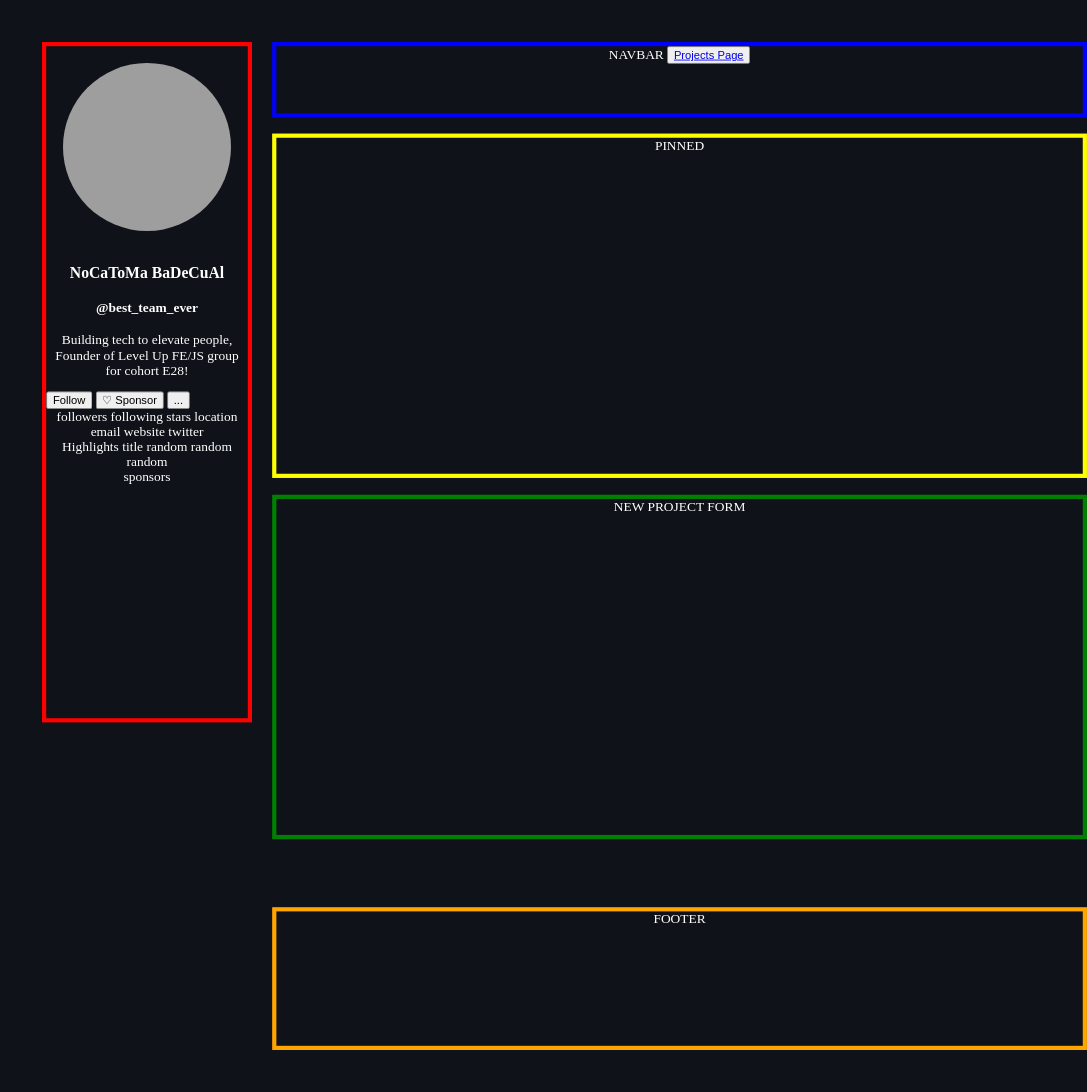
Repository: nss-evening-cohort-28/nss-evening-cohort-28-classroom-gitsub-Q1-project-gitsub
Page: index.html
An editor plug-in stored every save of this project. The page is shown before and after the next save, followed by the edit.
The browser window is 1280 px wide. The page is 1294 px wide, so the pictures cover 1294 px, including what lies to the right of the window. The pictures show the whole page, at 84% of full size.
Pictures or frames that could not be fetched are drawn as grey boxes.

Above is the page before, as saved 2024-08-07 20:00:18.

### index.html
<!DOCTYPE html>
<html lang="en">
<head>
    <meta charset="UTF-8">
    <meta name="viewport" content="width=device-width, initial-scale=1.0">
    <link rel="stylesheet" href="main.css">
    <title>Document</title>
</head>
<body>
    <div class="flexContainer">
        <div class="profile">
          <div class="top-section">
            <img src="https://media.tenor.com/GliBTZeL1kQAAAAM/%D0%BC%D0%BE%D0%B9-%D0%B4%D0%B5%D0%B4.gif" class="card-img-top" >
            <div>
            <h3>NoCaToMa BaDeCuAl</h3>
            <h4>@best_team_ever</h4>
            <p>Building tech to elevate people, Founder of Level Up FE/JS group for cohort E28!</p>
            </div>
            <div class="profile-section-buttons">
              <div class="d-grid gap-2 d-md-block">
                <button class="btn btn-primary" type="button">Follow</button>
                <button class="btn btn-primary" type="button">♡ Sponsor</button>
                <button class="btn btn-primary" type="button">...</button>
              </div>
            </div>
            followers following stars
            location
            email
            website
            twitter
          </div>
          <div class="middle-section">
            Highlights title
            random
            random
            random
          </div>
          <div class="bottom-section">
            sponsors
          </div>
        </div>
        <div class="flexContainer">
            <div class="navBar">NAVBAR
              <button><a href="projects.html">
                Projects Page
              </a></button>
            </div>
            <div class="pinned">PINNED</div>
            <div class="newProject">NEW PROJECT FORM</div>
            <div class="footer">FOOTER</div>
        </div>
    </div>
    <script src="main.js"></script>
</body>
</html>

### main.css
body {
    background-color: #0F1218;
    text-align: center;
    margin: 50px;
    width: 1200px;
    color: white;
}

.flexContainer {
    display: flex;
    flex-wrap: wrap;
    flex-direction: column;
    max-width: 75rem;
    height: 75rem;
    gap: 2%;
}

.profile {
    border: 5px solid red;
    width: 15rem;
    height: 50rem;
}

.navBar {
    border: 5px solid blue;
    width: 60rem;
    height: 5rem;
}

.pinned {
    border: 5px solid yellow;
    width: 60rem;
    height: 25rem;
    margin-top: 2%;
}

.newProject {
    border: 5px solid green;
    width: 60rem;
    height: 25rem;
    margin-top: 2%;
}

.footer {
    border: 5px solid orange;
    width: 60rem;
    height: 10rem;
    margin-top: auto;
    align-self: flex-end;
}

#footerContainer {
    display: flex;
    align-self: flex-end;

}

/* Noah Styling: Profile Section Start*/

.top-section {
    display: flex;
    flex-wrap: wrap;
    justify-content: flex-start;
}

.card-img-top {
    display: flex;
    flex-wrap: wrap;
    justify-content: space-around;
    border-radius: 50%;
    height: 200px;
    width: 200px;
    margin: 20px;
  }


/* Noah Styling: Profile Section End */

Loaded but not shown: main.js (no copy from this time; the picture is the same without it)

After the next save:
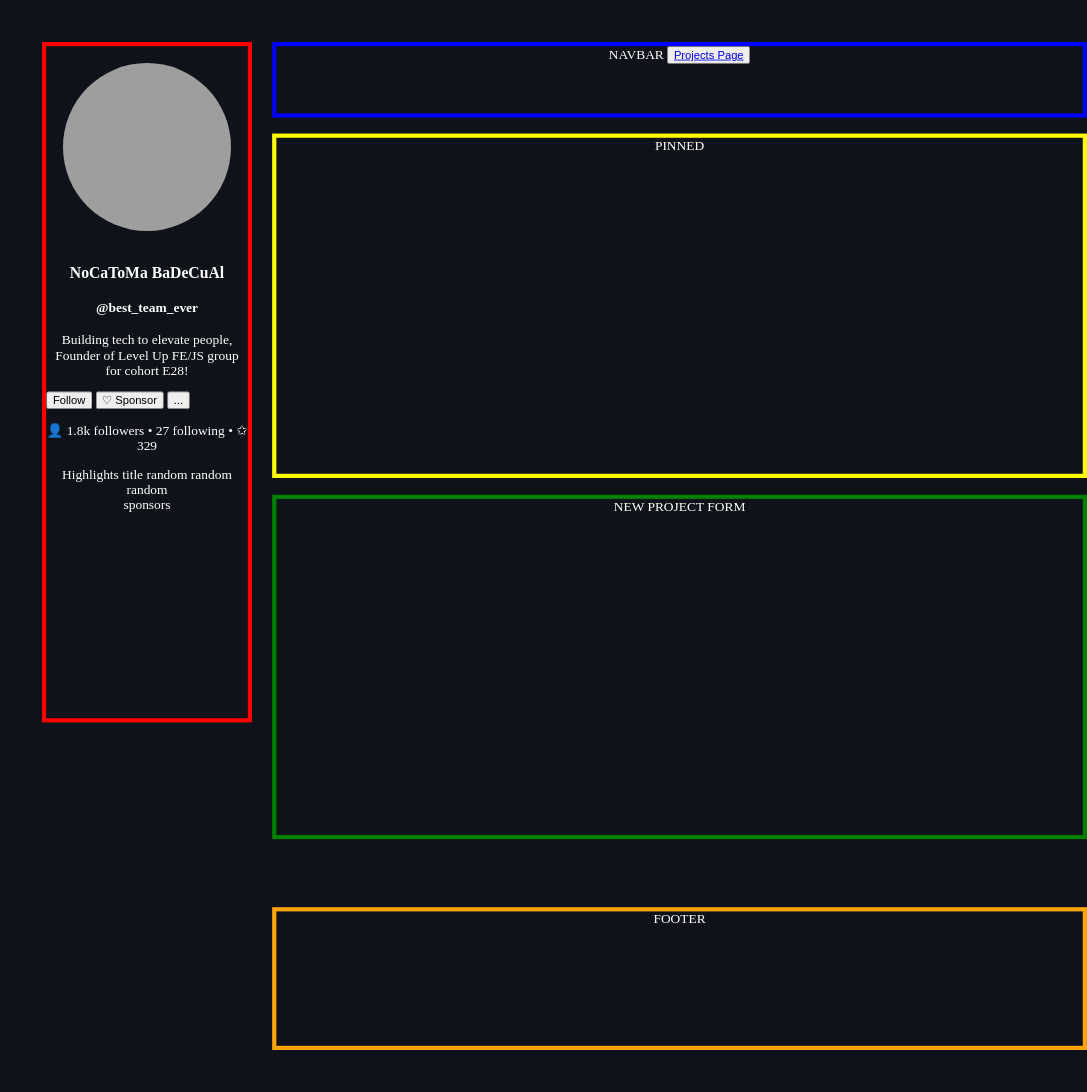
Saved 10 min 28 s later.
--- a/index.html
+++ b/index.html
@@ -23,11 +23,9 @@
                 <button class="btn btn-primary" type="button">...</button>
               </div>
             </div>
-            followers following stars
-            location
-            email
-            website
-            twitter
+            <div class="profile-section-body">
+              <p>👤 1.8k followers • 27 following • ✩ 329</p>
+            </div>
           </div>
           <div class="middle-section">
             Highlights title
